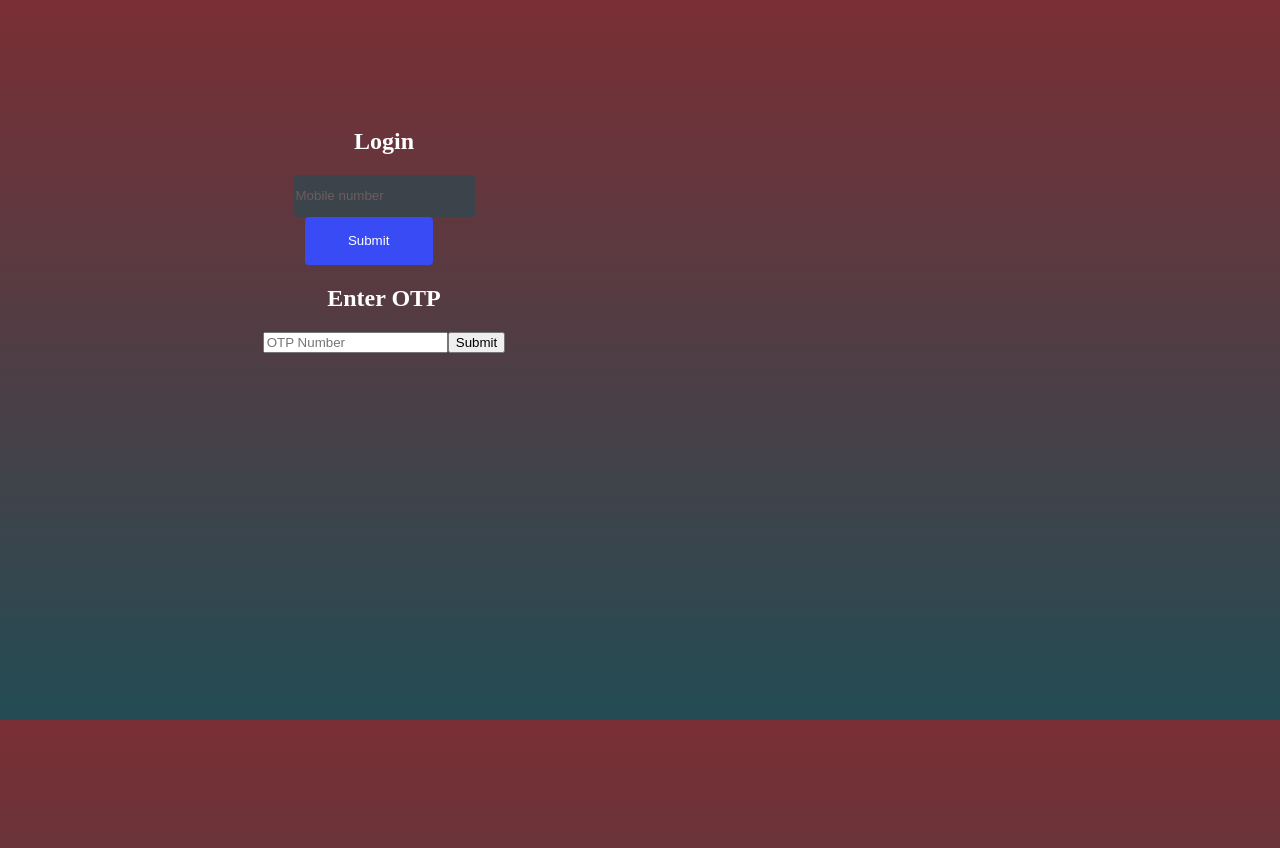
Repository: jagan607/N-Kalari
Page: /
The author's editor kept a copy of each file at every save. The page is drawn from the files as they stood at one save, then again after the next save.
The browser window is 1280 px wide. The pictures show the whole page.
The project was rebuilt for these pictures with package versions that can differ from the ones it lists, and the page was loaded fresh each time. Also part of the build but not shown: src/App.css, src/services/user.service.js, src/actions/user.action.js, src/components/wallet/Wallet.js. Imported but missing from the stored project, and not drawn on this page: src/constants/user.constants, src/reducers/rootReducer.

Above is the page before, as saved 2022-01-08 16:38:42.

After the next save:
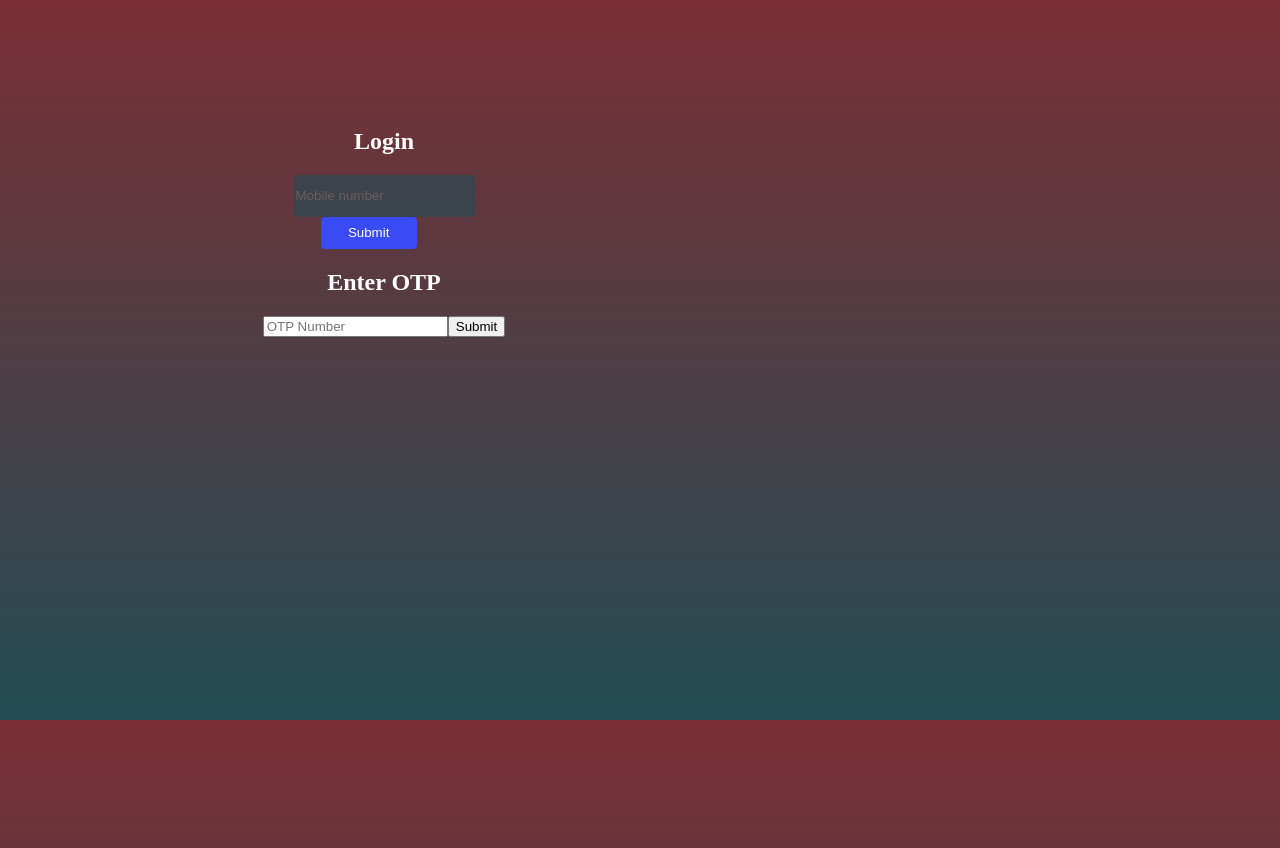
Saved 26 s later.
--- a/src/components/Login/index.css
+++ b/src/components/Login/index.css
@@ -14,8 +14,8 @@
 
 .btn-signin{
     margin-right: 4%;
-    width: 8rem;
-    height: 3rem;
+    width: 6rem;
+    height: 2rem;
     background: #384BF5;
     border-radius: 4px;
     color: white;
